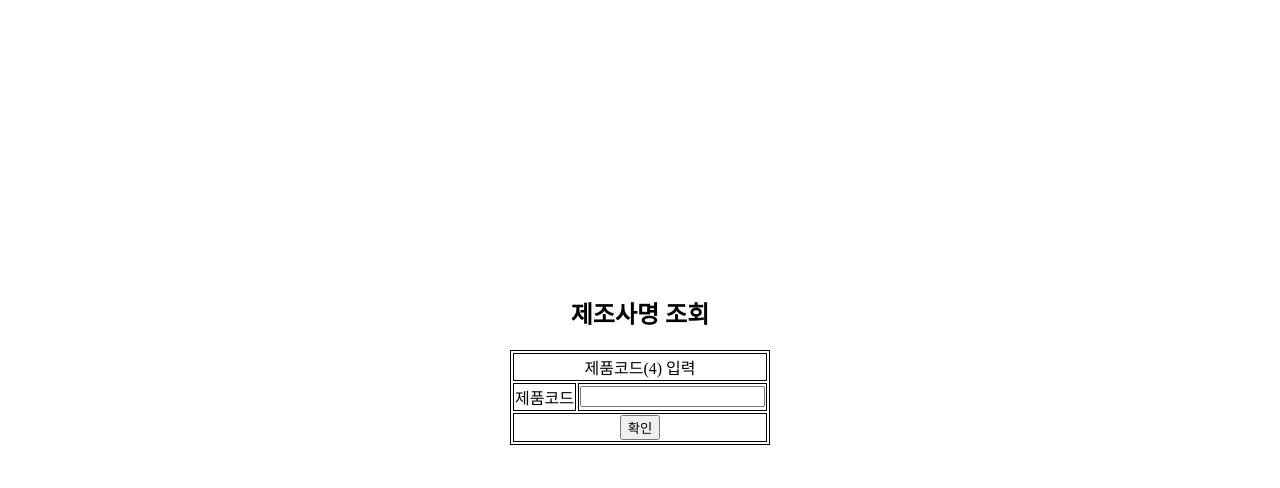
Repository: dlrjsgh367/SW-L5-20V1
Page: SW-L5-20V1/WebContent/task2.html
An editor plug-in stored every save of this project. The page is shown before and after the next save, followed by the edit.
The browser window is 1280 px wide. The pictures show the whole page.

Above is the page before, as saved 2025-01-12 08:28:50.

### SW-L5-20V1/WebContent/task2.html
<!DOCTYPE html>
<html>
<head>
  <meta charset="UTF-8">
  <link rel="stylesheet" href="style.css">
</head>
<body>
  <div class="container">
    <form action="">
      <h2 class="ta-c">제조사명 조회</h2>
      <table>
        <tr>
          <td colspan="2">
            <div class="ta-c">제품코드(4) 입력</div>
          </td>
        </tr>
        <tr>
          <td>제품코드</td>
          <td>
            <input type="text" name="pcode" required="required"/>
          </td>
        </tr>
        <tr>
          <td colspan="2">
            <button class="m0a">확인</button>
          </td>
        </tr>
      </table>
    </div>
  </form>
</body>
</html>

### SW-L5-20V1/WebContent/style.css
html, body {
	margin: 0;
	padding: 0;
	height: 100%
}

table, td {
	border: 1px solid;
}

input {
	display: block;
}

button {
	display: block;
}

.container {
	display: flex;
	justify-content: center;
	align-items: center;
	height: 100%;
}

.wrapper {

}

.ta-c {
	text-align: center;
}

.m0a {
	margin: 0 auto;
}

After the next save:
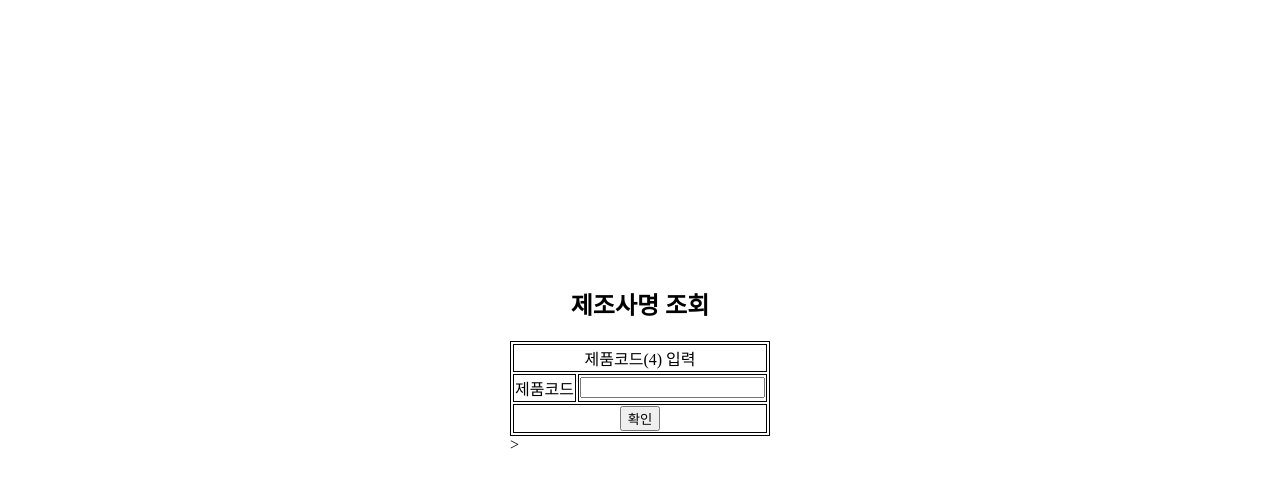
Saved 8 s later.
--- a/SW-L5-20V1/WebContent/task2.html
+++ b/SW-L5-20V1/WebContent/task2.html
@@ -26,7 +26,7 @@
           </td>
         </tr>
       </table>
-    </div>
-  </form>
+    </</form>>
+  </div>
 </body>
 </html>

After the save that followed:
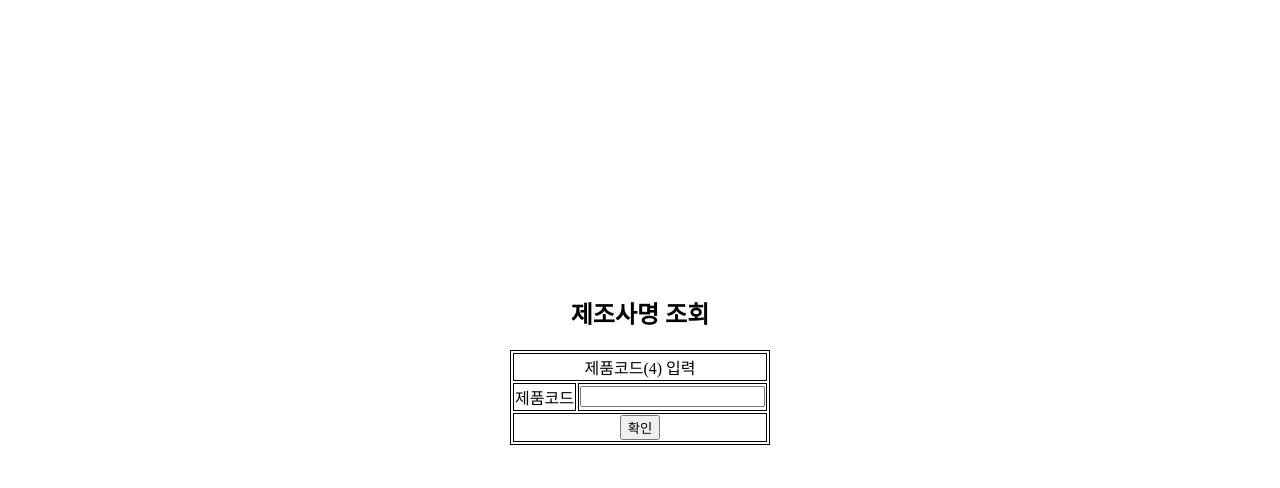
Saved 10 s later.
--- a/SW-L5-20V1/WebContent/task2.html
+++ b/SW-L5-20V1/WebContent/task2.html
@@ -26,7 +26,7 @@
           </td>
         </tr>
       </table>
-    </</form>>
+    </</form>
   </div>
 </body>
 </html>
